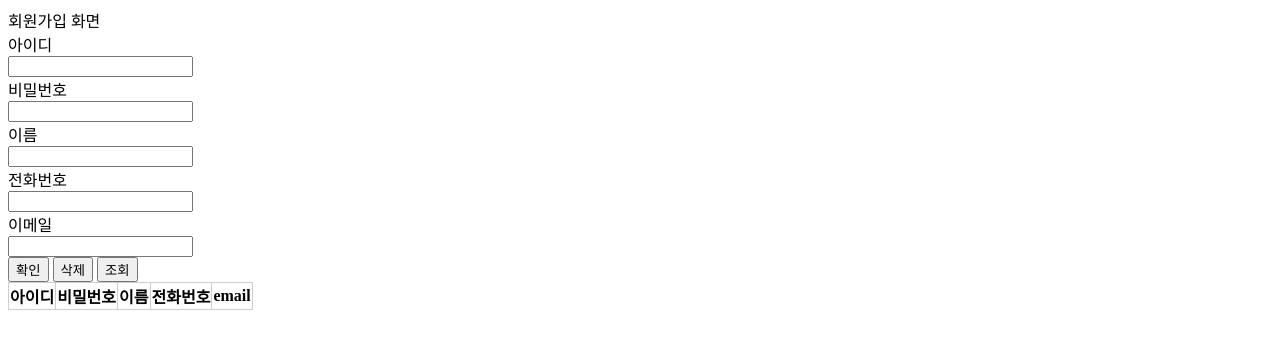
Repository: kdh2212/KDT_code
Page: http://localhost/20250801Web/memberSearch2.jsp
An editor plug-in stored every save of this project. The page is shown before and after the next save, followed by the edit.
The browser window is 1280 px wide. The pictures show the whole page.
The page is served by Tomcat 9. Other server files are loaded and not shown. Queries for data that is not in the repository find no rows.

Above is the page before, as saved 2025-08-01 07:42:56.

### 20250801Web/src/main/webapp/memberSearch2.jsp
<%@ page language="java" contentType="text/html; charset=UTF-8"
    pageEncoding="UTF-8"%>
<%@ page import="java.sql.*, javax.sql.*" %>
<!DOCTYPE html>
<html>
<head>
<meta charset="UTF-8">
<title>Insert title here</title>
</head>
<body>
<form>
회원가입 화면<br/>
아이디<br/><input type="text" name="member_id"/><br/>
비밀번호<br/><input type="text" name="member_pw" /><br/>
이름<br/><input type="text" name="member_name" /><br/>
전화번호<br/><input type="text" name="member_number" /><br/>
이메일<br/><input type="text" name="member_email" /><br/>
<input type="submit" name = "action" value="확인"/> <!-- 중요 -->
<input type="submit"  name = "action" value="삭제"/>
<input type="submit"  name = "action" value="조회"/>
</form>

<%
String member_id = request.getParameter("member_id");
String member_pw = request.getParameter("member_pw");
String member_name = request.getParameter("member_name");
String member_number = request.getParameter("member_number");
String member_email = request.getParameter("member_email");
String action = request.getParameter("action"); // 중요
String sql = "";

Connection conn = null;
Statement stmt = null;
ResultSet rs = null;
try {
    Class.forName("com.mysql.cj.jdbc.Driver");
    conn = DriverManager.getConnection("jdbc:mysql://localhost:3305/Member", "root", "1234");
    stmt = conn.createStatement();
    if("".equals(member_id) || member_id == null ){

    } else if("확인".equals(action)){
    	sql = String.format("insert into member_0801(member_id,member_pw,member_name,member_number,member_email) values('%s','%s','%s','%s','%s')" , member_id , member_pw , member_name , member_number, member_email);
    	stmt.executeUpdate(sql);
    }else if("삭제".equals(action)){
    	sql = String.format("delete from member_0801 where member_id = '%s'", member_id);
    	stmt.executeUpdate(sql);
    }


    rs = stmt.executeQuery("SELECT * FROM member_0801");


%>
<style type = "text/css">
table, th, td{
	border:1px solid #ccc;
	border-collapse:collapse;
}
th, td { padding:10px,20px;}
</style>
<table>
<tr>
<th>아이디</th><th>비밀번호</th><th>이름</th><th>전화번호</th><th>email</th>
</tr>
<%
    while (rs.next()) {
%>
<tr>
<td><%=rs.getString("member_id") %></td>
<td><%=rs.getString("member_pw") %></td>
<td><%=rs.getString("member_name") %></td>
<td><%=rs.getString("member_number") %></td>
<td><%=rs.getString("member_email") %></td>
</tr>
<%
    }
} catch (SQLException e) {
    out.println("데이터베이스 오류: " + e.getMessage());
} catch (ClassNotFoundException e) {
    out.println("드라이버를 찾을 수 없습니다: " + e.getMessage());
} finally {
    try {
        if (rs != null) rs.close();
        if (stmt != null) stmt.close();
        if (conn != null) conn.close();
    } catch (SQLException e) {
        out.println("리소스를 닫는 도중 오류 발생: " + e.getMessage());
    }
}

%>

</table>
</body>
</html>

After the next save:
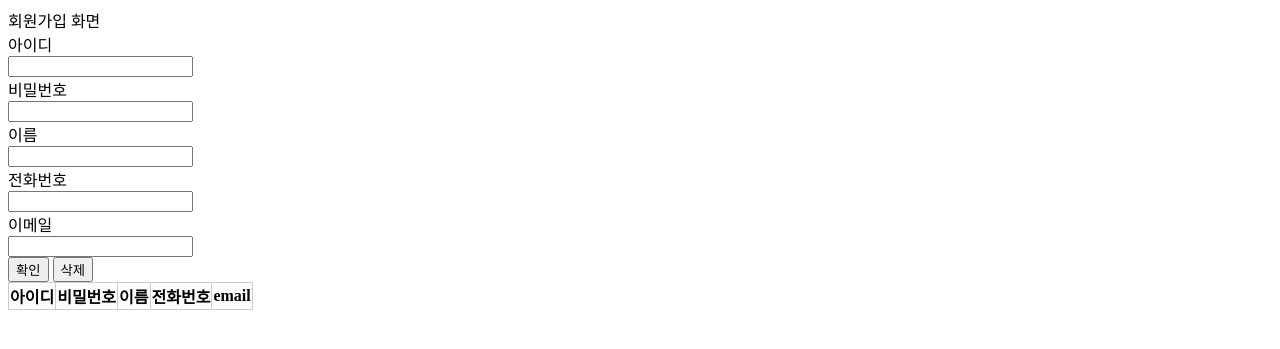
Saved 4 min 53 s later.
--- a/20250801Web/src/main/webapp/memberSearch2.jsp
+++ b/20250801Web/src/main/webapp/memberSearch2.jsp
@@ -17,7 +17,6 @@
 이메일<br/><input type="text" name="member_email" /><br/>
 <input type="submit" name = "action" value="확인"/> <!-- 중요 -->
 <input type="submit"  name = "action" value="삭제"/>
-<input type="submit"  name = "action" value="조회"/>
 </form>
 
 <%
